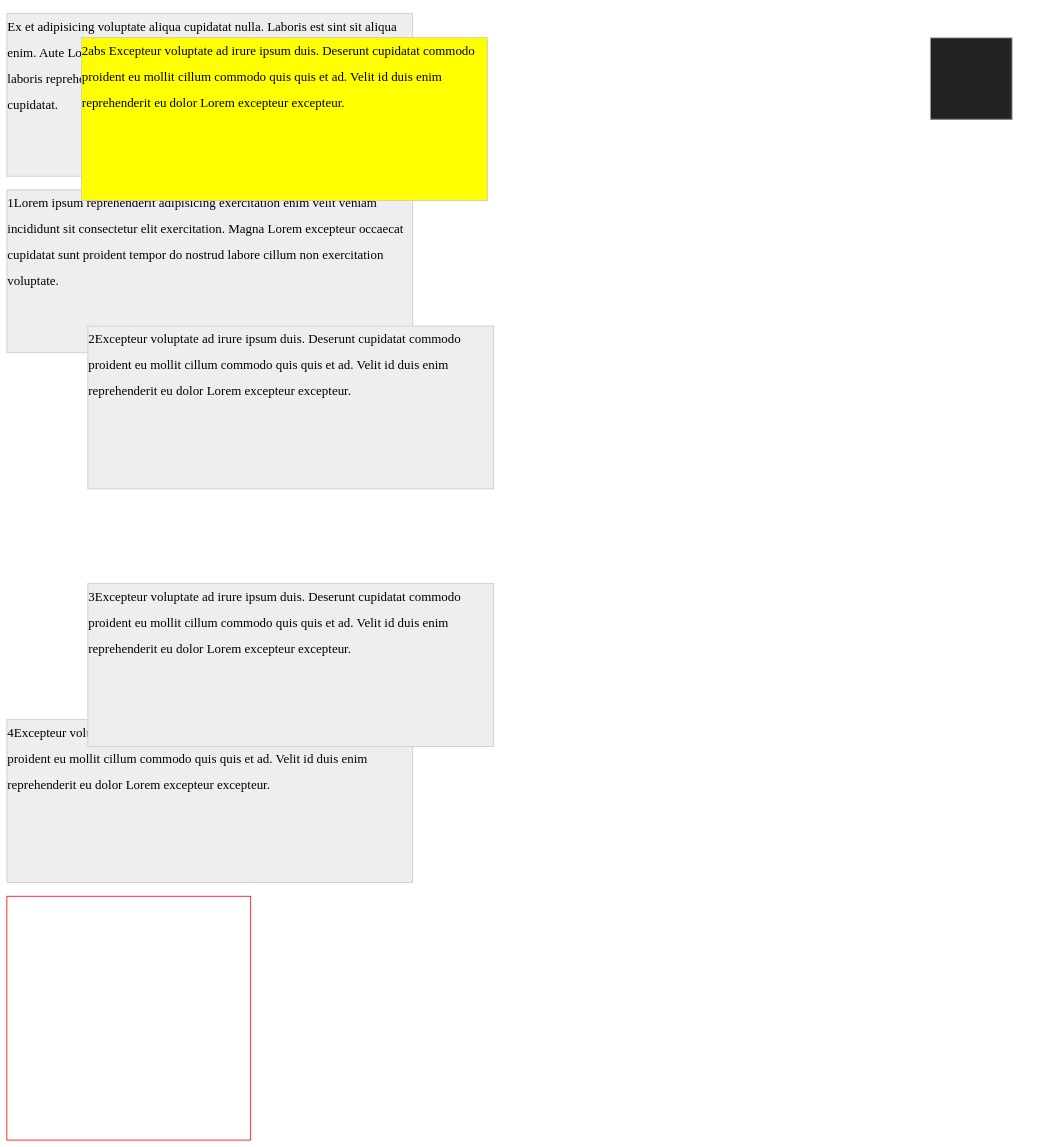
Repository: 753kg/753kg.github.io
Page: KOSTA/webProject/WebContent/doit/08/position-1.html
These files come from the project's save history. The page is drawn as it stood at one moment and after the next save; the edit follows.
The browser window is 1280 px wide. The pictures show the whole page, at 81% of full size.

Above is the page before, as saved 2021-04-01 03:21:22.

### KOSTA/webProject/WebContent/doit/08/position-1.html
<!DOCTYPE html>
<html lang="ko">
<head>
  <meta charset="UTF-8">
  <title>CSS position 속성</title>
  <style>
    p {
      width:500px;
      height:200px;
      background-color:#eee;
      border:1px solid #ccc;
      line-height:2;
    }
    #static {
      position:static; /* default, 위치 조정 불가능 */
    }
    #relative-1{
      position:relative;
    }
    /* 원래 static일때의 위치가 기준???? */
    /* 바로 전 요소가 기준!! */
    #relative-2 {
      position:relative;   /* 포지셔닝 - relative */
      left:100px;  /* 왼쪽에서 100px 떨어지게 */
      top:-50px;   /* 위쪽에서 -50px 떨어지게 (위로 이동) */
    }
    #relative-3 {
      position:relative;   /* 포지셔닝 - relative */
      left:100px;  /* 왼쪽에서 100px 떨어지게 */
      top:50px;
    }
    /* 브라우저 화면을 기준으로 고정 */
    #fixed {
      width:100px;
      height:100px;
      background-color:#222;
      position:fixed;  /* 포지셔닝 - fixed */
      right:30px;  /* 오른쪽에서 30px 떨어지게 */
      top:30px;  /* 위쪽에서 30px 떨어지게 */
    }
    #abs1 {
      background-color:yellow;
      position: absolute;	/* relative인 부모가 기준 */
      top:30px;
      left:100px;
    }
    div {
      border:1px solid red;
      width: 300px;
      height: 300px;
    }
    #abs2 {
      background-color:yellow;
      position: absolute;
      top:30px;
      left:100px;
    }
  </style>
</head>
<body>
   <p id="static">Ex et adipisicing voluptate aliqua cupidatat nulla. Laboris est sint sit aliqua enim. Aute Lorem eu sint aute sunt proident. Do culpa consectetur elit duis laboris reprehenderit incididunt nulla. Pariatur fugiat voluptate ea non amet cupidatat. </p>
   <p id="relative-1">1Lorem ipsum reprehenderit adipisicing exercitation enim velit veniam incididunt sit consectetur elit exercitation. Magna Lorem excepteur occaecat cupidatat sunt proident tempor do nostrud labore cillum non exercitation voluptate. </p>
   <p id="relative-2">2Excepteur voluptate ad irure ipsum duis. Deserunt cupidatat commodo proident eu mollit cillum commodo quis quis et ad. Velit id duis enim reprehenderit eu dolor Lorem excepteur excepteur. </p>
   <p id="relative-3">3Excepteur voluptate ad irure ipsum duis. Deserunt cupidatat commodo proident eu mollit cillum commodo quis quis et ad. Velit id duis enim reprehenderit eu dolor Lorem excepteur excepteur. </p>
   <p id="abs1">1abs Excepteur voluptate ad irure ipsum duis. Deserunt cupidatat commodo proident eu mollit cillum commodo quis quis et ad. Velit id duis enim reprehenderit eu dolor Lorem excepteur excepteur. </p>
   <p id="relative-4">4Excepteur voluptate ad irure ipsum duis. Deserunt cupidatat commodo proident eu mollit cillum commodo quis quis et ad. Velit id duis enim reprehenderit eu dolor Lorem excepteur excepteur. </p>
   <p id="fixed"></p>
   <div>
   	 <p id="abs2">2abs Excepteur voluptate ad irure ipsum duis. Deserunt cupidatat commodo proident eu mollit cillum commodo quis quis et ad. Velit id duis enim reprehenderit eu dolor Lorem excepteur excepteur. </p>
   </div>
</body>
</html>

After the next save:
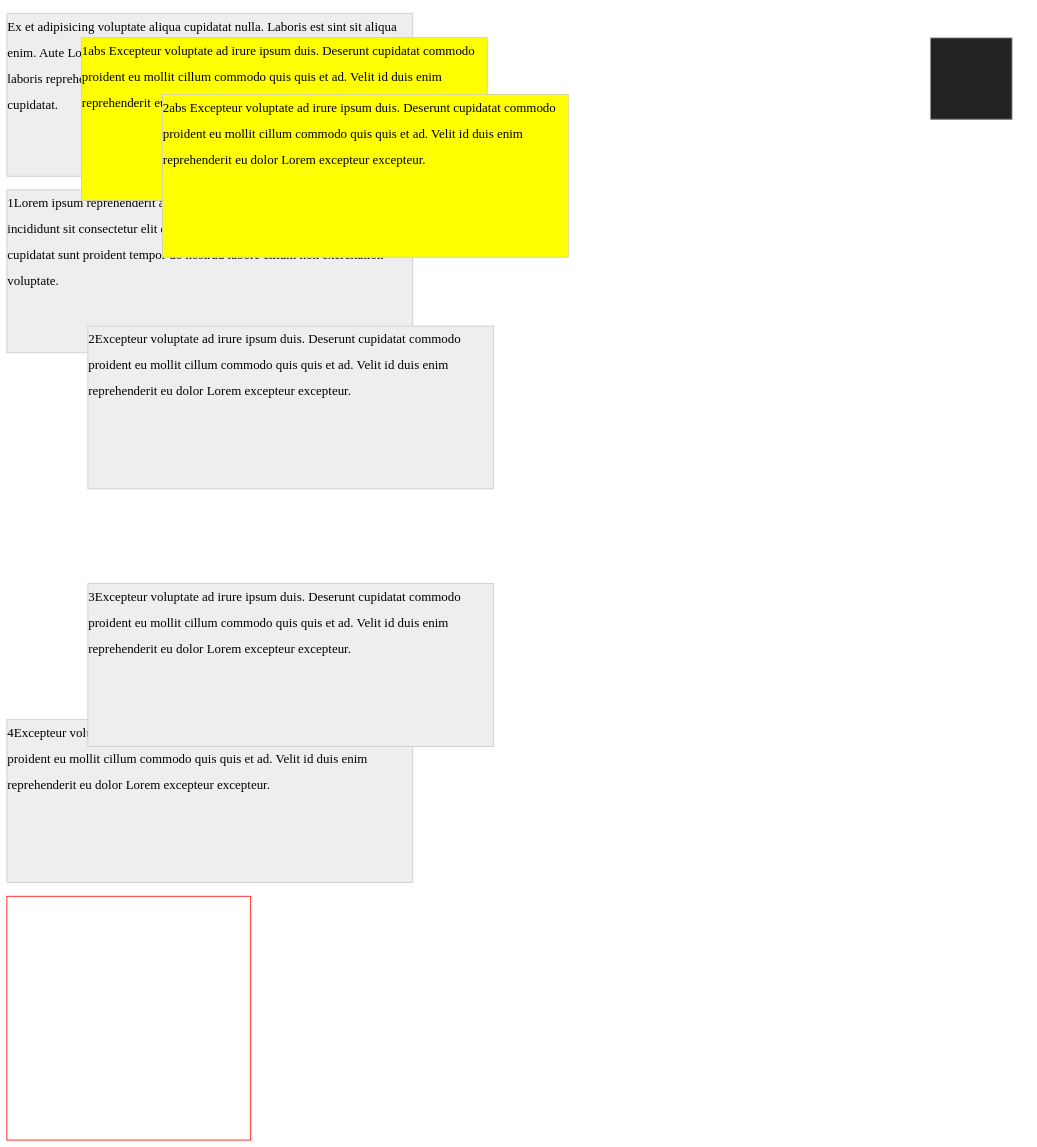
Saved 11 s later.
--- a/KOSTA/webProject/WebContent/doit/08/position-1.html
+++ b/KOSTA/webProject/WebContent/doit/08/position-1.html
@@ -52,8 +52,8 @@
     #abs2 {
       background-color:yellow;
       position: absolute;
-      top:30px;
-      left:100px;
+      top:100px;
+      left:200px;
     }
   </style>
 </head>
